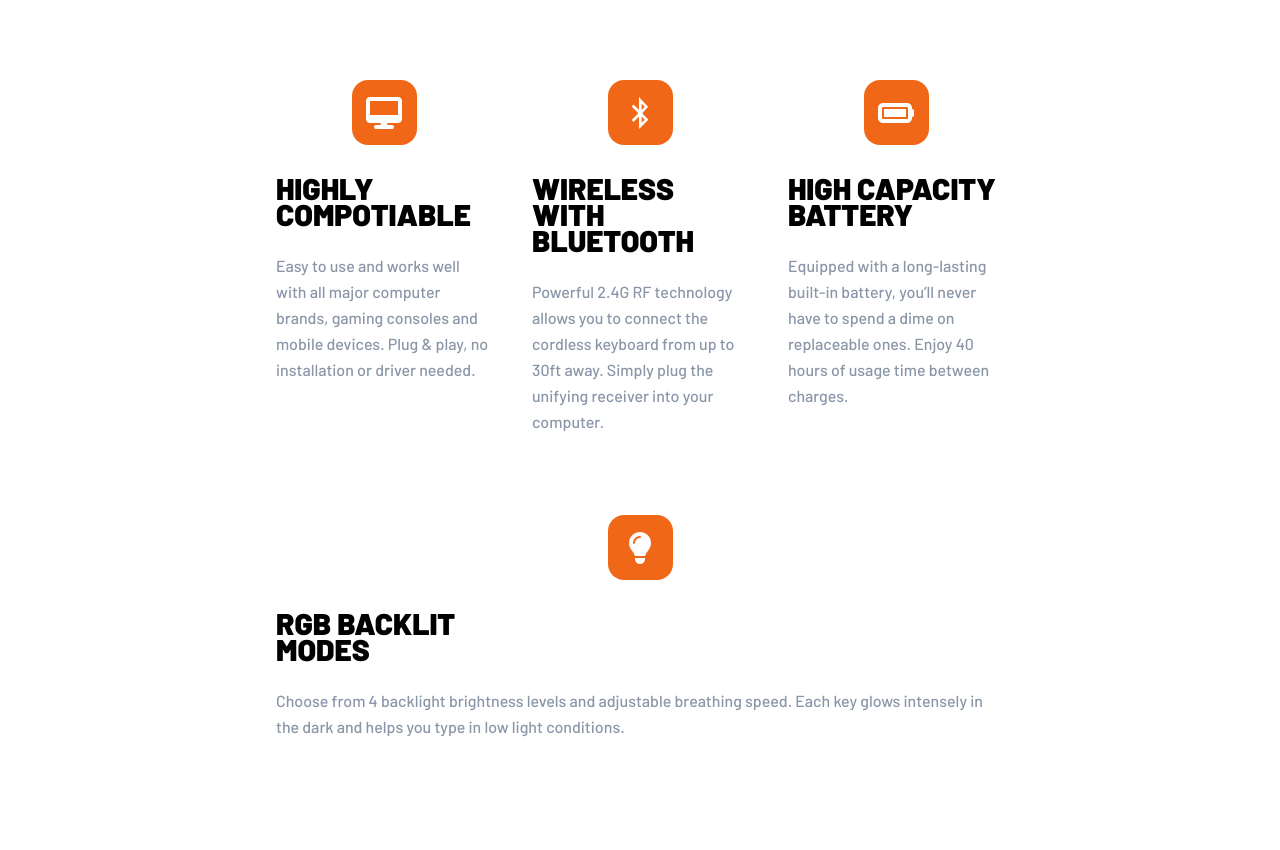
Repository: PeriAksoy/Figma
Page: figma1.html
These files come from the project's save history. The page is drawn as it stood at one moment and after the next save; the edit follows.
The browser window is 1280 px wide. The pictures show the part of the page from y = 1841 to 2717 px (the page is 2691 px tall before and 2717 px after).
A picture or video elsewhere on the page could not be fetched, so the positions and the page height are approximate.

Above is the page before, as saved 2024-07-04 03:05:16.

After the next save:
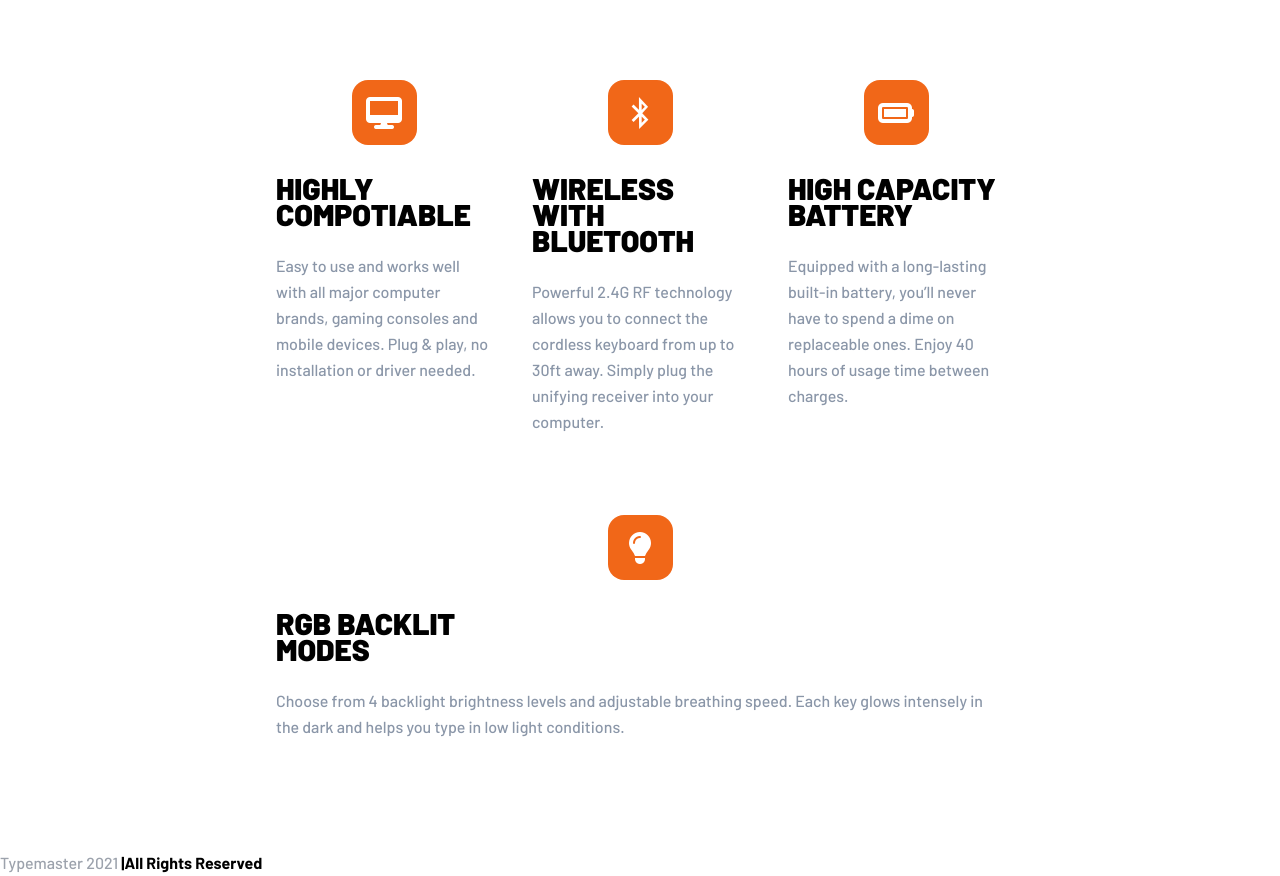
Saved 13 h 32 min later.
--- a/figma1.html
+++ b/figma1.html
@@ -101,4 +101,9 @@
           </div>
      </div>
      </section>
+     <!-- FOOTER -->
+      <footer>
+          <span> Typemaster 2021 </span>
+          |All Rights Reserved
+      </footer>
 </html>
